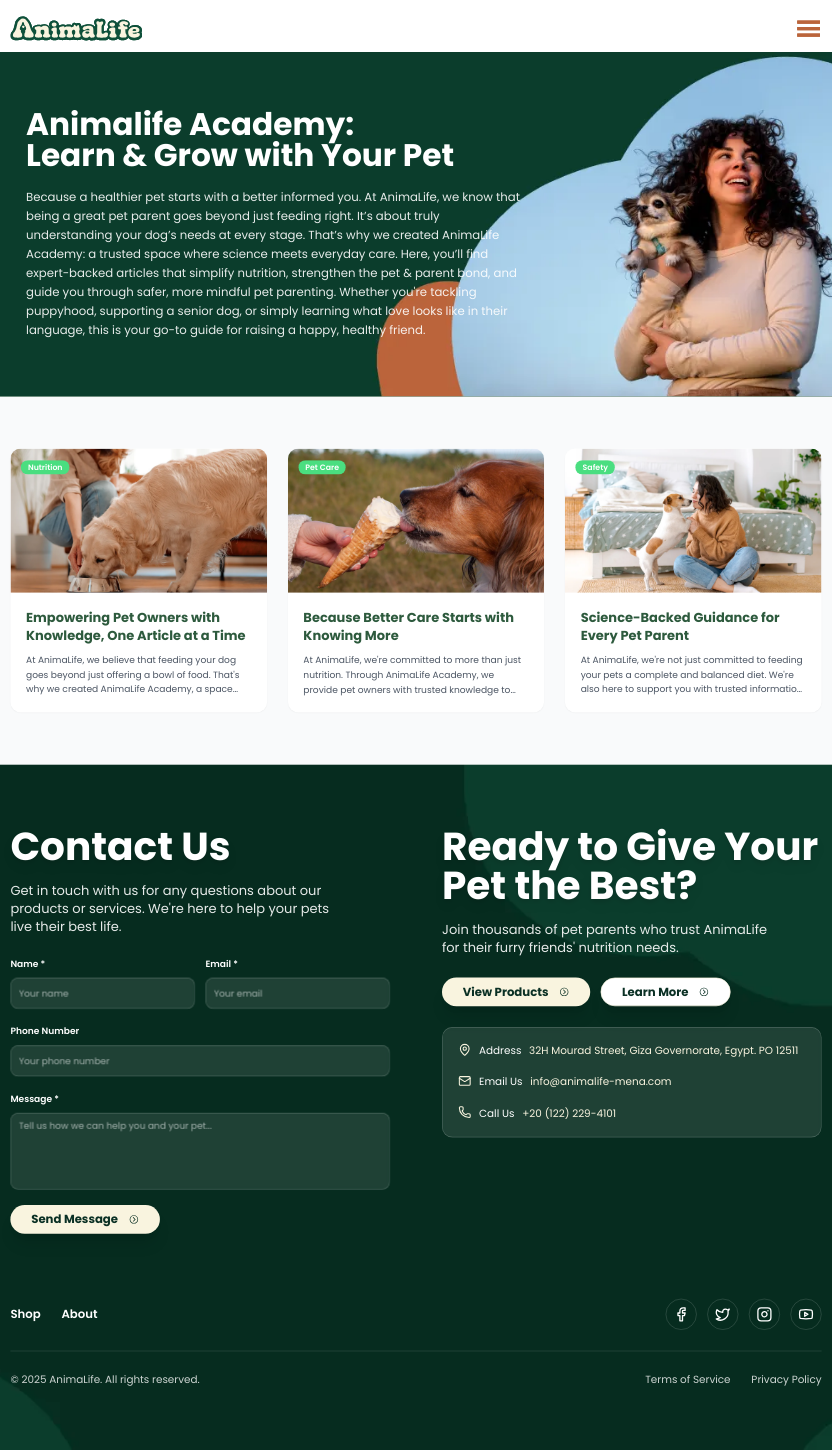
Repository: the-jupiteragency/animalife
Page: /academy
These files come from the project's save history. The page is drawn as it stood at one moment and after the next save; the edit follows.
The browser window is 1280 px wide. The pictures show the whole page, at 65% of full size.
The project was rebuilt for these pictures with package versions that can differ from the ones it lists, and the page was loaded fresh each time. The framework's server and built-in components were replaced by stand-ins that run in the browser. Also part of the build but not shown: next.config.mjs.

Above is the page before, as saved 2025-08-05 09:36:29.

After the next save:
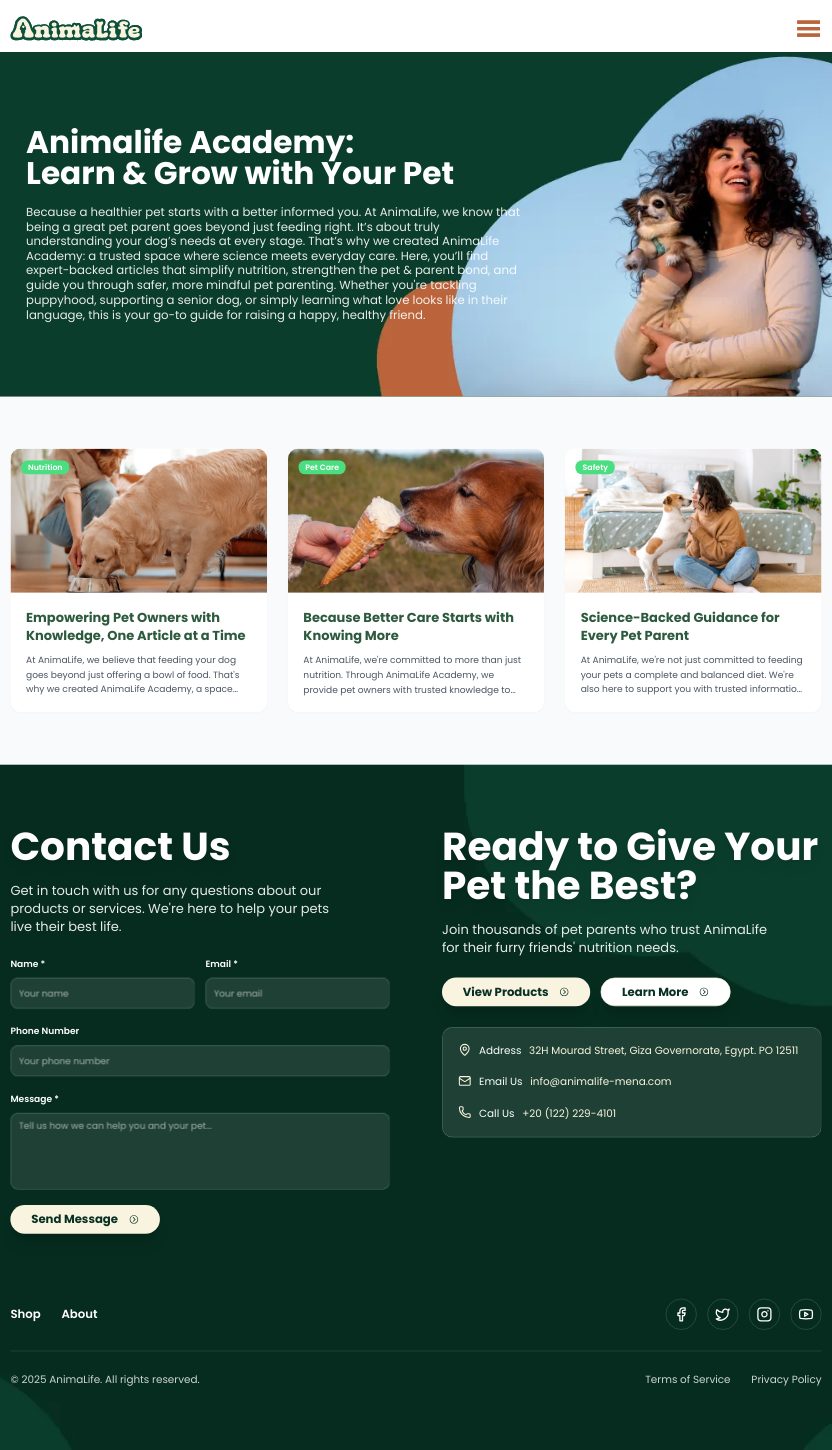
Saved 13 s later.
--- a/app/academy/page.tsx
+++ b/app/academy/page.tsx
@@ -35,7 +35,7 @@
                 <br />
                 Learn & Grow with Your Pet
               </h1>
-              <p className="text-lg text-white/90 leading-relaxed">
+              <p className="text-lg text-white/90 leading-tight">
                 Because a healthier pet starts with a better informed you. At
                 AnimaLife, we know that being a great pet parent goes beyond
                 just feeding right. It’s about truly understanding your dog’s
